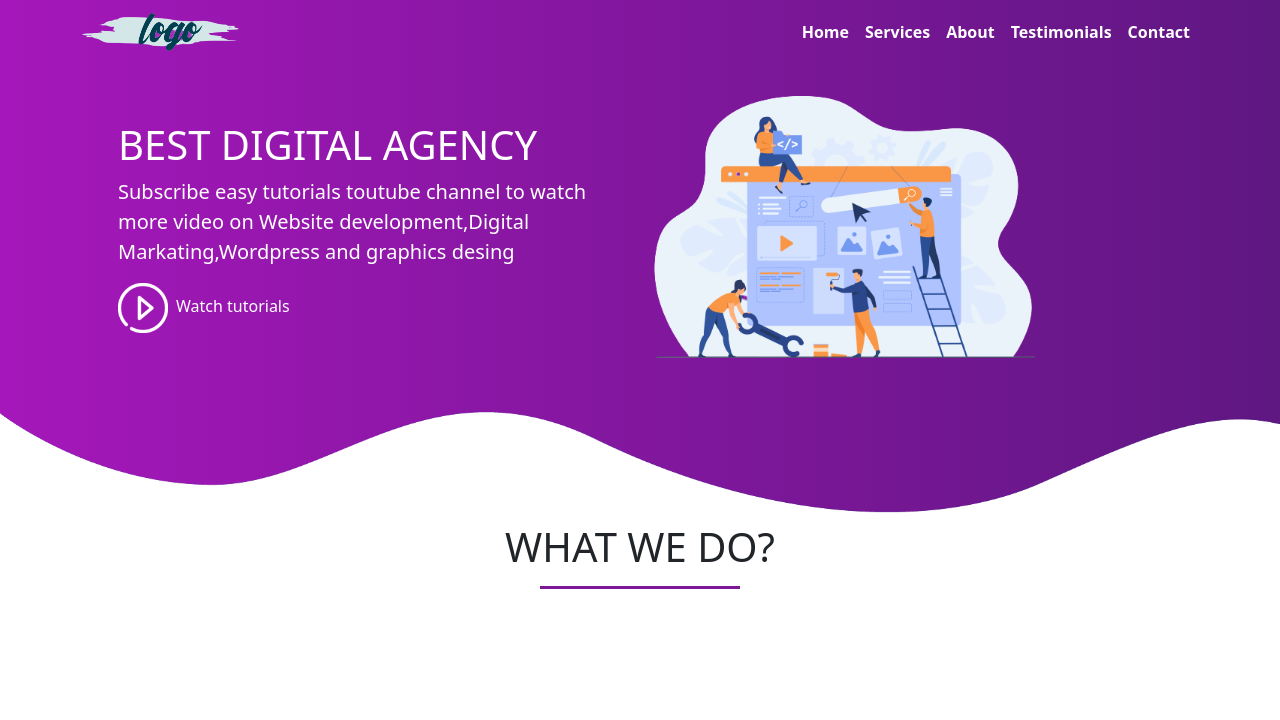
Repository: zjria/PSD-to-HTML-DIGITAL-AGENCY
Page: index.html
An editor plug-in stored every save of this project. The page is shown before and after the next save, followed by the edit.
The browser window is 1280 px wide. The pictures show the whole page.
Some web libraries are served in a nearby version.

Above is the page before, as saved 2022-05-11 08:14:10.

### index.html
<!doctype html>
<html lang="en">
  <head>
    <!-- Required meta tags -->
    <meta charset="utf-8">
    <meta name="viewport" content="width=device-width, initial-scale=1">
    <title>DIGITAL AGENCY</title>
    <!-- Bootstrap CSS -->
    <link href="https://cdn.jsdelivr.net/npm/bootstrap@5.0.2/dist/css/bootstrap.min.css" rel="stylesheet">
    <!-- Font awesome link-->
    <link rel="stylesheet" href="https://cdnjs.cloudflare.com/ajax/libs/font-awesome/6.1.1/css/all.min.css">
    <!-- custom CSS  -->
    <link rel="stylesheet" href="css/style.css">
  </head>
  <body>
    <!-- Navbar Section Start -->
    <section class="header">
        <nav class="navbar navbar-expand-md fixed-top">
            <div class="container">
                <a href="#" class="navbar-brand">
                    <img src="img/h_logo.png" alt="" class="menu-icon img-fluid w-50">
                </a>
                <button class="navbar-toggler" data-bs-target="#menunavbarlink" data-bs-toggle="collapse" type="button">
                    <span class="navbar-toggler-icon"></span>
                </button>
                <div class="collapse navbar-collapse fw-bold " id="menunavbarlink">
                  <ul class="navbar-nav ms-auto ">
                    <li class="nav-item ">
                      <a href="#Home" class="nav-link text-white">Home</a>
                    </li>
                    <li class="nav-item">
                      <a href="#Services" class="nav-link text-white">Services</a>
                    </li>
                    <li class="nav-item">
                      <a href="#About" class="nav-link text-white">About</a>
                    </li>
                    <li class="nav-item">
                      <a href="#Testimonials" class="nav-link text-white" >Testimonials</a>
                    </li>
                    <li class="nav-item">
                      <a href="#Contact" class="nav-link text-white">Contact</a>
                    </li>
                  </ul>
                </div>
            </div>
        </nav>
    </section>
    <!-- Navbar Section END -->
    <!-- Navbar Section Start -->
    <section class="" id="baner" id="Home">
      <div class="container p-5 py-5">
        <div class="row align-items-center text-white mt-5">
          <div class="col-md-6">
            <h1>BEST DIGITAL AGENCY</h1>
            <p class="lead">Subscribe easy tutorials toutube channel to watch more video on Website development,Digital Markating,Wordpress and graphics desing</p>
            <a href="#"><img src="img/play.png" class="img-fluid me-2 " alt=""><span>Watch tutorials</span></a>
          </div>
          <div class="col-md-6 m-auto">
            <img src="img/heder_logo.png" class="img-fluid w-75" alt="">
          </div>
        </div>
      </div>
      <img src="img/wave1.png" alt="" class="img-wave1 img-fluid">
    </section>
    <!-- Navbar Section END -->

    <!-- Service Section Start -->
      <section class="service-section">
        <div class="container">
          <div class="row text-center">
            <h1 class="title">WHAT WE DO?</h1>
            <!-- <span></span> -->
          </div>
          <div class="row">
            <div class="col-12 col-md-4">

            </div>
          </div>
        </div>
      </section>
    <!-- Service Section End -->




    <!-- Optional JavaScript; choose one of the two! -->
    <!-- Option 1: Bootstrap Bundle with Popper -->
    <script src="https://cdn.jsdelivr.net/npm/bootstrap@5.0.2/dist/js/bootstrap.bundle.min.js"></script>
  </body>
</html>

### css/style.css
.navbar{
    background-image: linear-gradient(to right, #a517ba,#5f1782)!important;
}
#baner{
    background-image: linear-gradient(to right, #a517ba,#5f1782)!important;
    align-items: center;
    margin: auto;
    justify-content: center;
}
#baner a img{
    width: 50px;
    align-items: center;
    margin: auto;
    justify-content: center;

}
#baner a{
    text-decoration: none;
    color: white;
}
.img-wave1{
    width: 100%;
}

/* Service Section */
.title{}
.title::after{
    content: "";
    display: block;
    background: #7B1798;
    height: 3px;
    width: 200px;
    margin: auto;
    transform: translateY(15px);
}

After the next save:
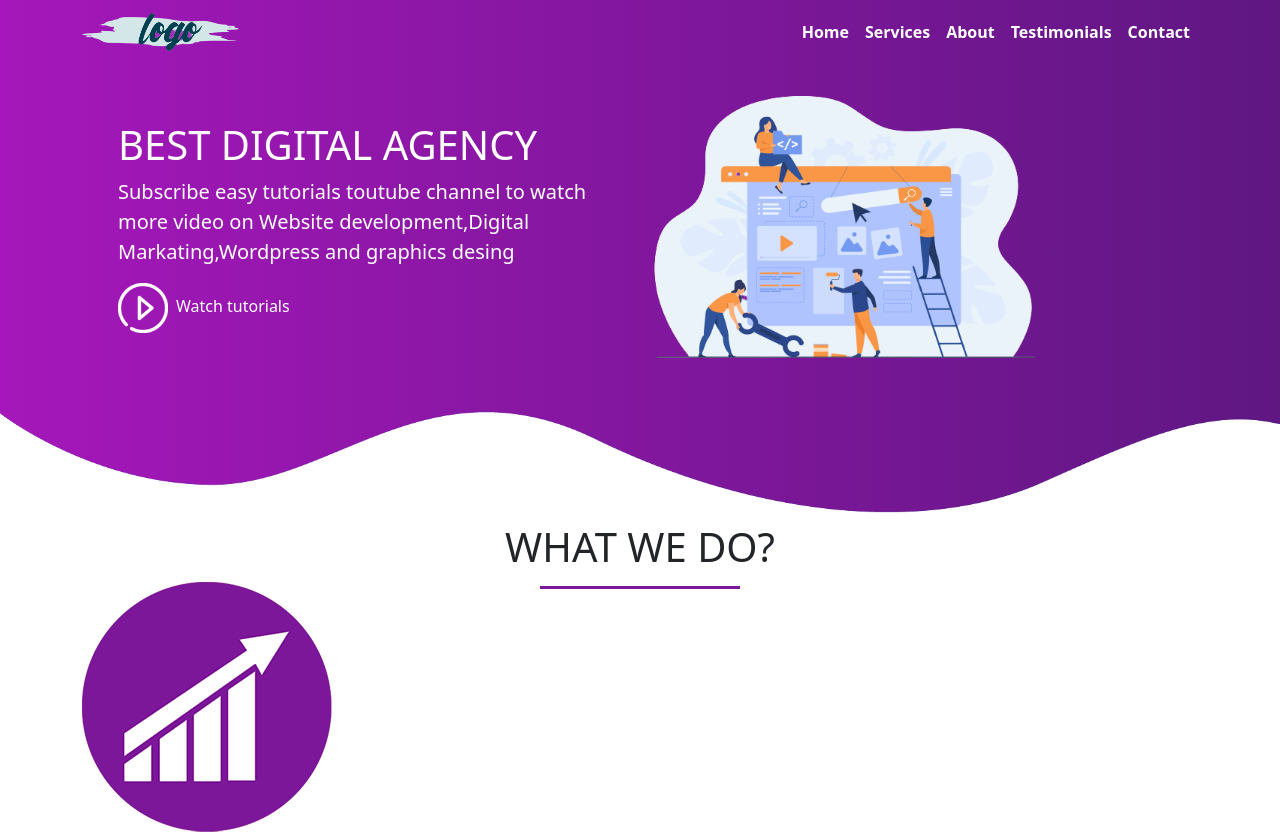
Saved 66 s later.
--- a/index.html
+++ b/index.html
@@ -73,7 +73,8 @@
           </div>
           <div class="row">
             <div class="col-12 col-md-4">
-
+              <img src="img/service1.png" alt="" class="img-fluid">
+              <h3></h3>
             </div>
           </div>
         </div>
